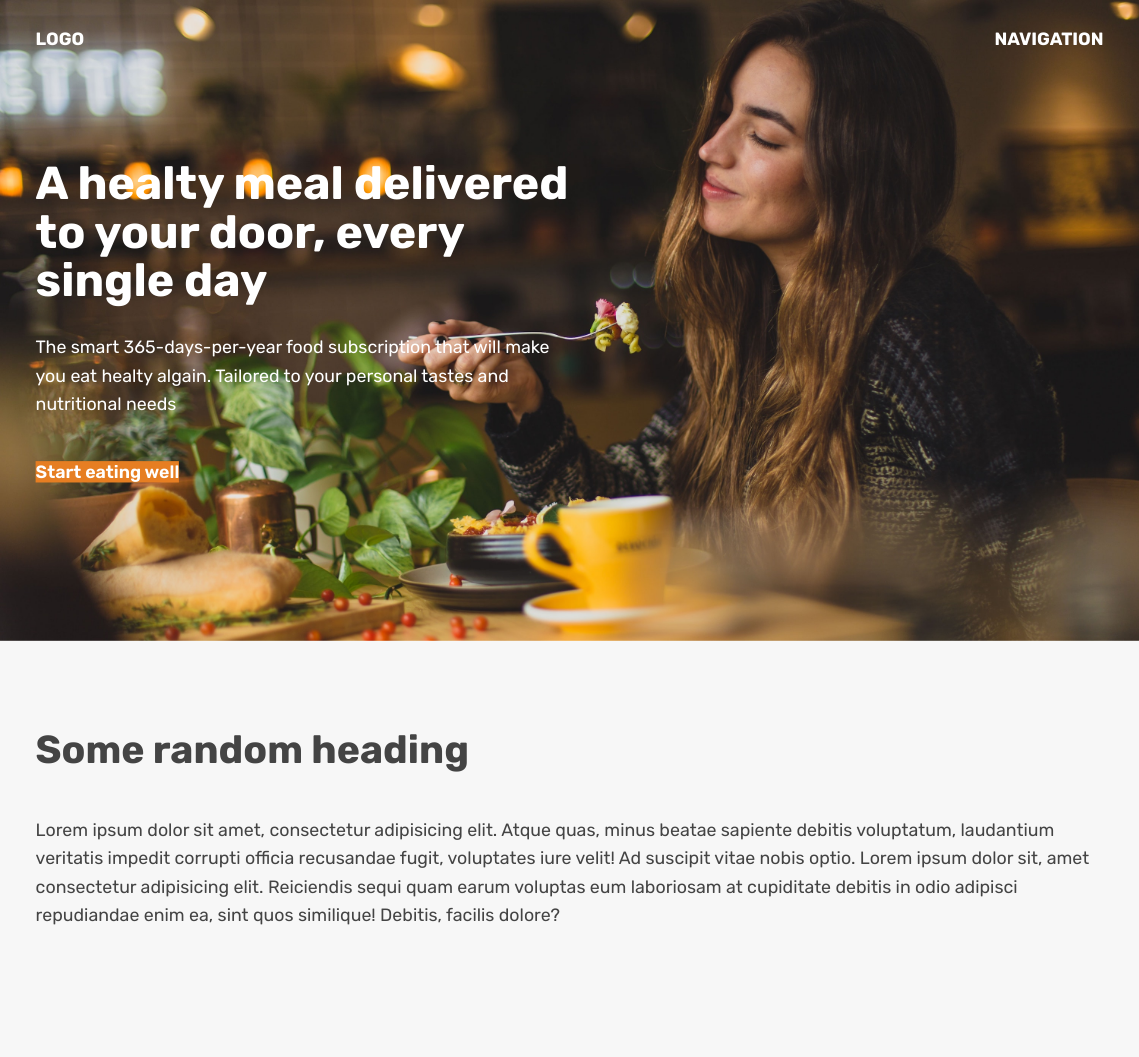
Repository: nghiakma/HTML-CSS-Fundamental
Page: Component_LayoutPatterns/hero.html
The author's editor kept a copy of each file at every save. The page is drawn from the files as they stood at one save, then again after the next save.
The browser window is 1280 px wide. The pictures show the whole page, at 89% of full size.

Above is the page before, as saved 2023-08-26 18:04:21.

After the next save:
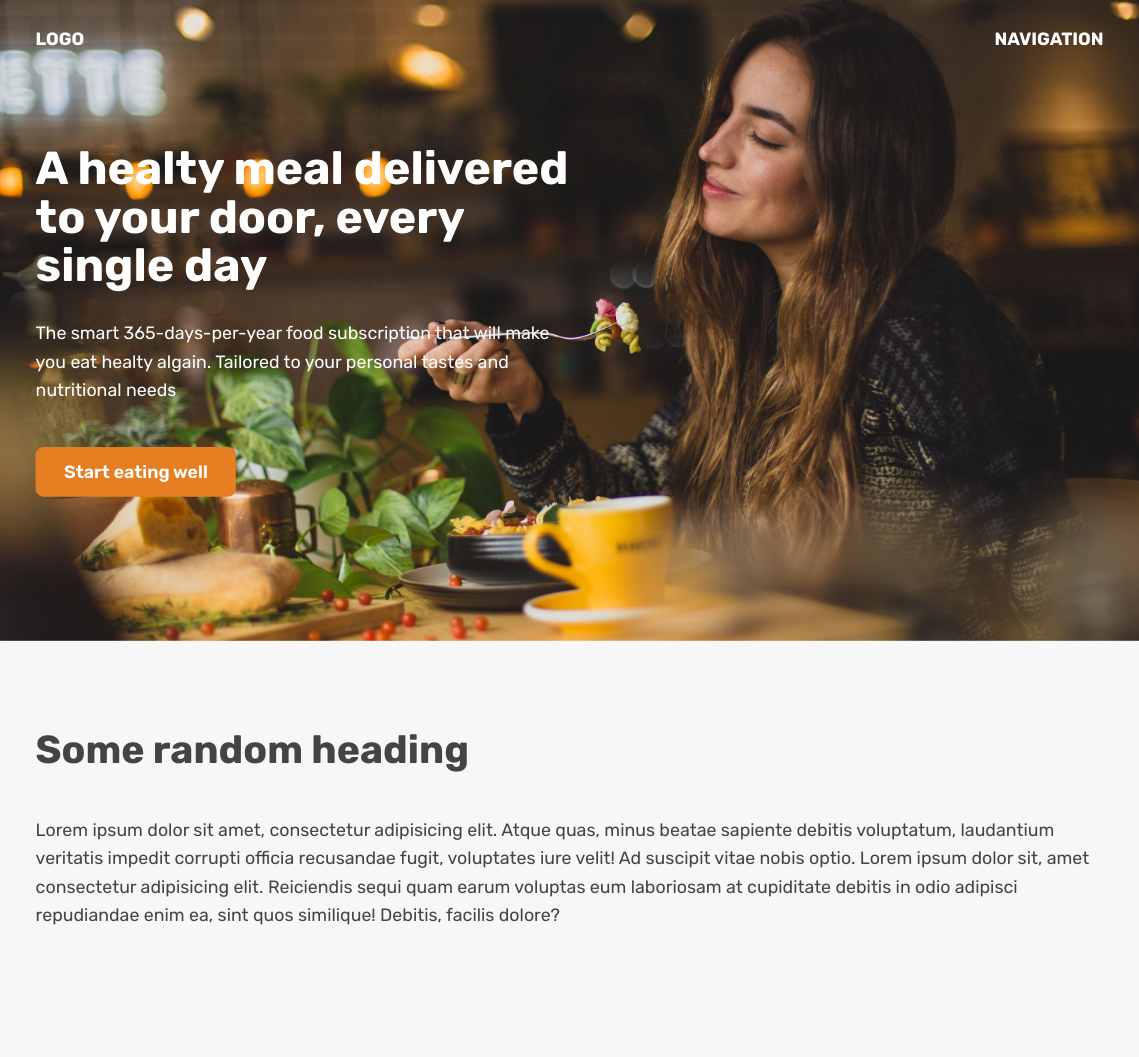
Saved 13 s later.
--- a/Component_LayoutPatterns/hero.html
+++ b/Component_LayoutPatterns/hero.html
@@ -75,6 +75,8 @@
       color: #fff;
       text-decoration: none;
       display: inline-block;
+      padding: 16px 32px;
+      border-radius: 9px;
     }
 
     h2 {
